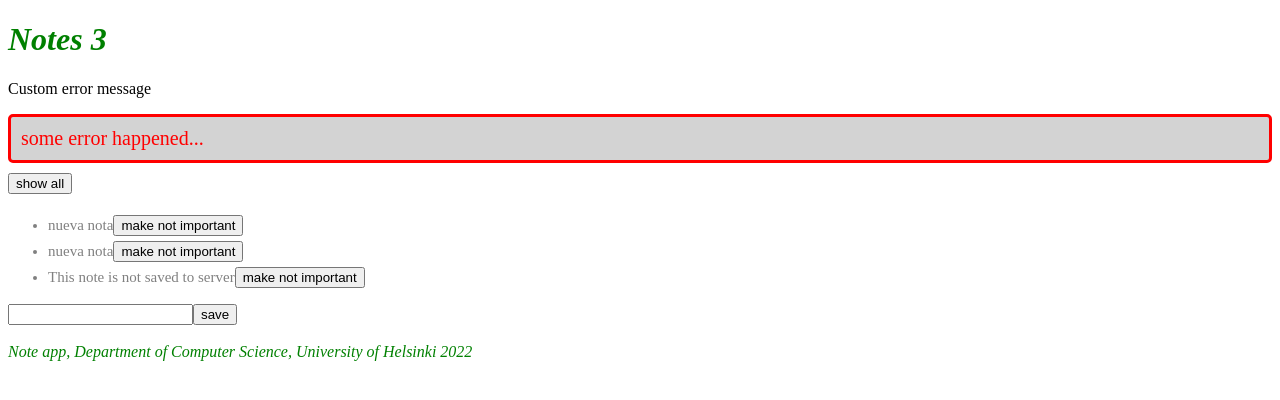
Repository: mariocapitbrok/helsinki-fullstack-notesApp
Page: / (app in client/)
The author's editor kept a copy of each file at every save. The page is drawn from the files as they stood at one save, then again after the next save.
The browser window is 1280 px wide. The pictures show the whole page.
The project was rebuilt for these pictures with package versions that can differ from the ones it lists, and the page was loaded fresh each time. Requests to the local data server were answered from the project's data file.

Above is the page before, as saved 2022-03-16 17:06:18.

### client/src/App.js
import React, { useState, useEffect } from 'react'
import Note from './components/Note'
import noteService from './services/notes'
import './index.css'

const Notification = ({ message }) => {
  if (message === null) {
    return null
  }

  return <div className="error">{message}</div>
}

const Footer = () => {
  const footerStyle = {
    color: 'green',
    fontStyle: 'italic',
    fontSize: 16,
  }

  return (
    <div style={footerStyle}>
      <br />
      <em>
        Note app, Department of Computer Science, University of Helsinki 2022
      </em>
    </div>
  )
}

const App = () => {
  const [notes, setNotes] = useState([])
  const [newNote, setNewNote] = useState('')
  const [showAll, setShowAll] = useState(false)
  const [errorMessage, setErrorMessage] = useState('some error happened...')

  useEffect(() => {
    noteService.getAll().then((initialNotes) => {
      setNotes(initialNotes)
    })
  }, [])

  const toggleImportanceOf = (id) => {
    const note = notes.find((note) => note.id === id)
    const changedNote = { ...note, important: !note.important }

    noteService
      .update(id, changedNote)
      .then((returnedNote) => {
        setNotes(notes.map((note) => (note.id !== id ? note : returnedNote)))
      })
      .catch((error) => {
        setErrorMessage(
          `Note '${note.content}' was already removed from server`
        )
        setTimeout(() => {
          setErrorMessage(null)
        }, 5000)
        setNotes(notes.filter((n) => n.id !== id))
      })
  }

  const addNote = (event) => {
    event.preventDefault()
    const noteObject = {
      content: newNote,
      date: new Date(),
      important: Math.random() > 0.5,
    }

    noteService.create(noteObject).then((returnedNote) => {
      setNotes([...notes, returnedNote])
      setNewNote('')
    })
  }

  const handleNoteChange = (event) => {
    //console.log(event.target.value)
    setNewNote(event.target.value)
  }

  const notesToShow = showAll ? notes : notes.filter((note) => note.important)

  return (
    <div>
      <h1>Notes 3</h1>
      <p>Custom error message</p>
      <Notification message={errorMessage} />
      <div>
        <button onClick={() => setShowAll(!showAll)}>
          show {showAll ? 'important' : 'all'}
        </button>
      </div>
      <ul>
        {notesToShow.map((note) => (
          <Note
            key={note.id}
            note={note}
            toggleImportance={() => toggleImportanceOf(note.id)}
          />
        ))}
      </ul>
      <form onSubmit={addNote}>
        <input value={newNote} onChange={handleNoteChange} />
        <button type="submit">save</button>
      </form>
      <Footer />
    </div>
  )
}

export default App

### client/src/components/Note.js
import React from 'react'

const Note = ({ note, toggleImportance }) => {
  const label = note.important ? 'make not important' : 'make important'
  return (
    <li className="note">
      {note.content}
      <button onClick={toggleImportance}>{label}</button>
    </li>
  )
}

export default Note

### client/src/services/notes.js
import axios from 'axios'
const baseUrl = 'http://localhost:3001/notes'

const getAll = () => {
  const request = axios.get(baseUrl)
  const nonExisting = {
    id: 10000,
    content: 'This note is not saved to server',
    date: '2009-05-30T17:30:31.098Z',
    important: true,
  }
  return request.then((response) => response.data.concat(nonExisting))
}

const create = (newObject) => {
  const request = axios.post(baseUrl, newObject)
  return request.then((response) => response.data)
}

const update = (id, newObject) => {
  const request = axios.put(`${baseUrl}/${id}`, newObject)
  return request.then((response) => response.data)
}

export default { getAll, create, update }

### client/db.json
{
  "notes": [
    {
      "id": 1,
      "content": "HTML is easy",
      "date": "2019-05-30T17:30:31.098Z",
      "important": false
    },
    {
      "id": 2,
      "content": "Browser can execute only JavaScript",
      "date": "2019-05-30T18:39:34.091Z",
      "important": false
    },
    {
      "id": 3,
      "content": "GET and POST are the most important methods of HTTP protocol",
      "date": "2019-05-30T19:20:14.298Z",
      "important": false
    },
    {
      "content": "nueva nota",
      "date": "2022-01-20T23:11:23.135Z",
      "important": true,
      "id": 4
    },
    {
      "content": "nueva nota",
      "date": "2022-01-20T23:13:05.598Z",
      "important": true,
      "id": 5
    },
    {
      "content": "mario",
      "date": "2022-02-10T11:24:36.694Z",
      "important": false,
      "id": 6
    }
  ]
}

Loaded but not shown: client/public/index.html (common file); client/src/index.js (common file); client/src/index.css (common file)

After the next save:
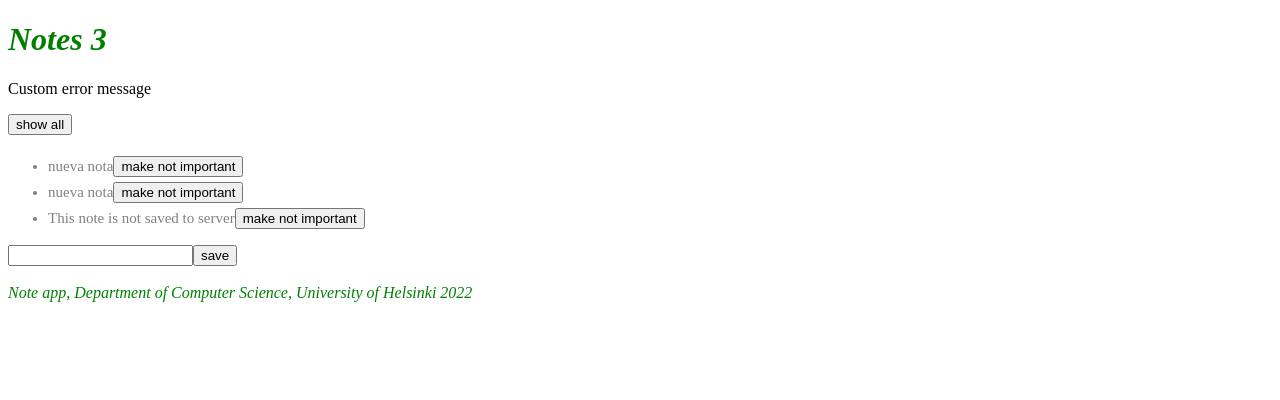
Saved 3 days later.
--- a/client/src/App.js
+++ b/client/src/App.js
@@ -32,7 +32,7 @@ const App = () => {
   const [notes, setNotes] = useState([])
   const [newNote, setNewNote] = useState('')
   const [showAll, setShowAll] = useState(false)
-  const [errorMessage, setErrorMessage] = useState('some error happened...')
+  const [errorMessage, setErrorMessage] = useState(null)
 
   useEffect(() => {
     noteService.getAll().then((initialNotes) => {
